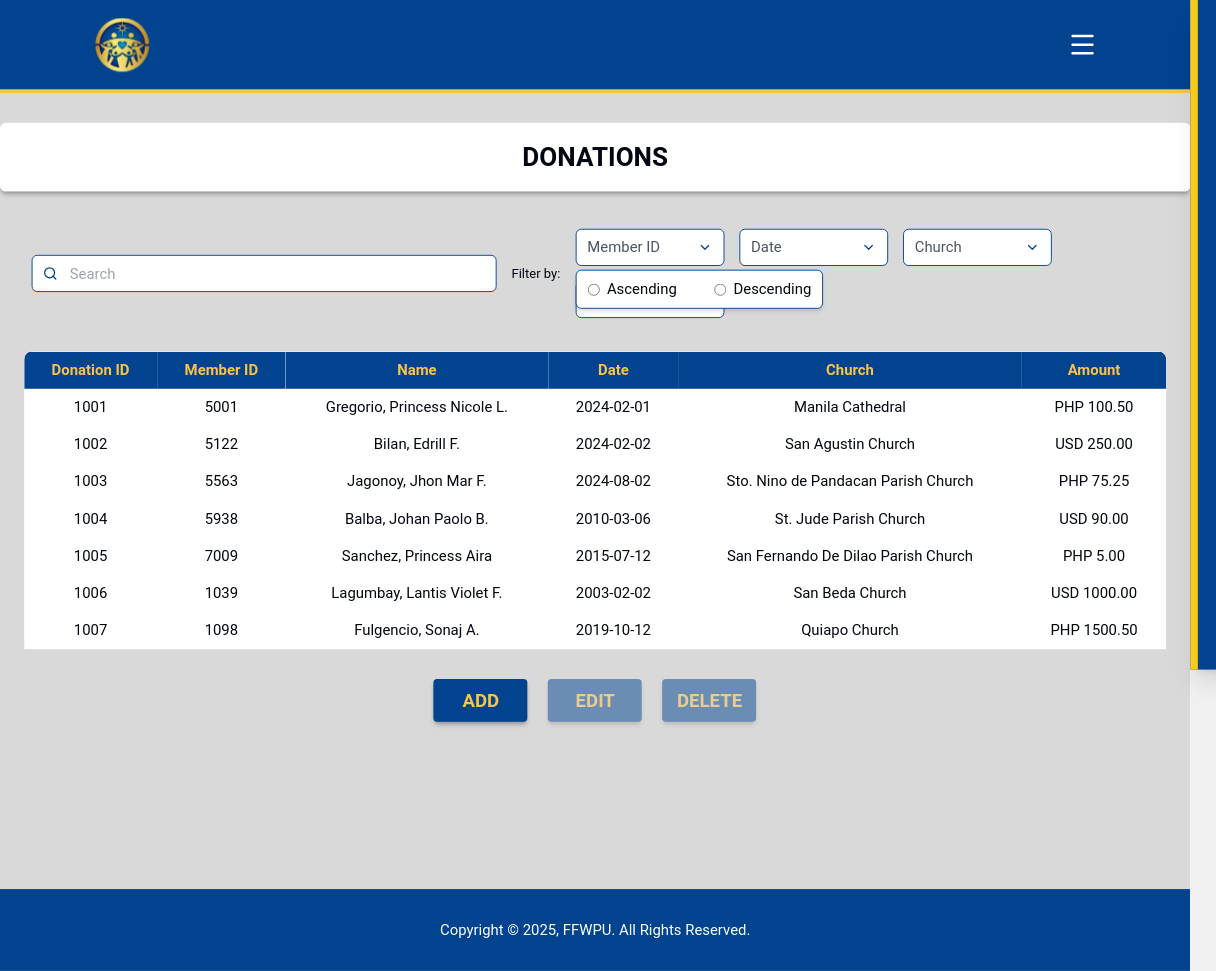
Repository: CoderTofu/FFWPU_System
Page: /donation, after clicking the first element matching `button.w-\[120px\]`
The author's editor kept a copy of each file at every save. The page is drawn from the files as they stood at one save, then again after the next save.
The browser window is 1280 px wide. The page is 1280 px wide, then 1307 px, then 1280 px, so the pictures cover 1307 px, including what lies to the right of the window. The pictures show the whole page, at 93% of full size.
The project was rebuilt for these pictures with package versions that can differ from the ones it lists, and the page was loaded fresh each time. The framework's server and built-in components were replaced by stand-ins that run in the browser. Also part of the build but not shown: next.config.ts, src/components/NavbarPublic.tsx, src/components/FooterPublic.tsx, src/lib/utils.ts, src/components/ui/dialog.tsx, src/components/ui/button.tsx, src/components/Modal.tsx.

Above is the page before, as saved 2025-03-07 07:47:59.

### src/app/layout.tsx
import type { Metadata } from "next";
import "./globals.css";
import Preloader from "../components/Preloader";
import LayoutWrapper from "@/components/LayoutWrapper";

export const metadata: Metadata = {
  title: "FFWPU-System",
  description: "Created to help the FFWPU organization",
};

export default function RootLayout({
  children,
}: Readonly<{ children: React.ReactNode }>) {
  return (
    <html lang="en">
      <link rel="icon" href="/icons/ffwpu_icon.svg" sizes="any" />
      <body className="antialiased min-h-screen flex flex-col bg-[#f1f1f1]">
        <Preloader />
        <LayoutWrapper>{children}</LayoutWrapper>
      </body>
    </html>
  );
}

### src/app/globals.css
@tailwind base;
@tailwind components;
@tailwind utilities;

@import url("https://fonts.googleapis.com/css2?family=Roboto:ital,wght@0,100..900;1,100..900&display=swap");

:root {
  --roboto-font: "Roboto", "arial";
}

* {
  font-family: var(--roboto-font);
}



@layer base {
  :root {
    --background: 0 0% 100%;
    --foreground: 224 71.4% 4.1%;
    --card: 0 0% 100%;
    --card-foreground: 224 71.4% 4.1%;
    --popover: 0 0% 100%;
    --popover-foreground: 224 71.4% 4.1%;
    --primary: 220.9 39.3% 11%;
    --primary-foreground: 210 20% 98%;
    --secondary: 220 14.3% 95.9%;
    --secondary-foreground: 220.9 39.3% 11%;
    --muted: 220 14.3% 95.9%;
    --muted-foreground: 220 8.9% 46.1%;
    --accent: 220 14.3% 95.9%;
    --accent-foreground: 220.9 39.3% 11%;
    --destructive: 0 84.2% 60.2%;
    --destructive-foreground: 210 20% 98%;
    --border: 220 13% 91%;
    --input: 220 13% 91%;
    --ring: 224 71.4% 4.1%;
    --chart-1: 12 76% 61%;
    --chart-2: 173 58% 39%;
    --chart-3: 197 37% 24%;
    --chart-4: 43 74% 66%;
    --chart-5: 27 87% 67%;
    --radius: 0.5rem;
  }
  .dark {
    --background: 224 71.4% 4.1%;
    --foreground: 210 20% 98%;
    --card: 224 71.4% 4.1%;
    --card-foreground: 210 20% 98%;
    --popover: 224 71.4% 4.1%;
    --popover-foreground: 210 20% 98%;
    --primary: 210 20% 98%;
    --primary-foreground: 220.9 39.3% 11%;
    --secondary: 215 27.9% 16.9%;
    --secondary-foreground: 210 20% 98%;
    --muted: 215 27.9% 16.9%;
    --muted-foreground: 217.9 10.6% 64.9%;
    --accent: 215 27.9% 16.9%;
    --accent-foreground: 210 20% 98%;
    --destructive: 0 62.8% 30.6%;
    --destructive-foreground: 210 20% 98%;
    --border: 215 27.9% 16.9%;
    --input: 215 27.9% 16.9%;
    --ring: 216 12.2% 83.9%;
    --chart-1: 220 70% 50%;
    --chart-2: 160 60% 45%;
    --chart-3: 30 80% 55%;
    --chart-4: 280 65% 60%;
    --chart-5: 340 75% 55%;
  }
}



@layer base {
  * {
    @apply border-border outline-ring/50;
  }
  body {
    @apply bg-background text-foreground;
  }
}

### src/components/Preloader.tsx
"use client";

import { useState, useEffect } from "react";

export default function Preloader() {
  const [loading, setLoading] = useState(true);

  useEffect(() => {
    const timer = setTimeout(() => {
      setLoading(false);
    }, 1000); // Adjust this time as needed

    return () => clearTimeout(timer);
  }, []);

  if (!loading) return null;

  return (
    <div className="fixed inset-0 z-50 flex items-center justify-center bg-white">
      <div className="h-16 w-16 animate-spin rounded-full border-4 border-solid border-primary border-t-transparent"></div>
    </div>
  );
}

### src/components/LayoutWrapper.tsx
"use client";

import { usePathname } from "next/navigation";
import NavbarPublic from "@/components/navbarPublic";
import NavbarPrivate from "@/components/navbarPrivate";
import FooterPublic from "@/components/footerPublic";
import FooterPrivate from "@/components/footerPrivate";

export default function LayoutWrapper({
  children,
}: {
  children: React.ReactNode;
}) {
  const pathname = usePathname();

  // Define private routes
  const isPublic =
    pathname.startsWith("/about") ||
    pathname.startsWith("/contact") ||
    pathname.startsWith("/login") ||
    pathname.endsWith("/"); // Home page

  return (
    <>
      {isPublic ? <NavbarPublic /> : <NavbarPrivate />}
      <main className="min-h-screen flex-grow">{children}</main>
      {isPublic ? <FooterPublic /> : <FooterPrivate />}
    </>
  );
}

### src/components/Table.tsx
"use client";  // Sabi ni chatgpt need ito hahaha

import React, { useState, useEffect, useRef } from "react";
import { useRouter } from "next/navigation";

interface TableProps {
  data: { [key: string]: any }[];
  columns: { [key in "lg" | "md" | "sm"]: string[] };
  rowDoubleClickPath?: string; // Path where the row should redirect
  onRowSelect?: (row: any | null) => void;
}

const Table: React.FC<TableProps> = ({ data, columns, rowDoubleClickPath, onRowSelect}) => {
  const [tableSize, setTableSize] = useState<"lg" | "md" | "sm">("lg");
  const [selectedRow, setSelectedRow] = useState<number | null>(null);
  const router = useRouter();
  const tableRef = useRef<HTMLDivElement>(null);

  // Automatically update table size based on screen width
  useEffect(() => {
    const updateTableSize = () => {
      const width = window.innerWidth;
      if (width >= 1024) setTableSize("lg");
      else if (width >= 768) setTableSize("md");
      else setTableSize("sm");
    };

    updateTableSize(); // Set initial size
    window.addEventListener("resize", updateTableSize);
    return () => window.removeEventListener("resize", updateTableSize);
  }, []);

  const visibleHeaders = columns[tableSize];

  {/*Handles Single Click Selection*/}
  const handleRowClick = (index: number, row: any) => {
    setSelectedRow(index);
    if (onRowSelect) {
      onRowSelect(row); // Send selected row to parent component
    }
  };

  {/*Handles Clicks Outside Rows to Deselect*/}
  useEffect(() => {
    const handleClickOutside = (event: MouseEvent) => {
      if (tableRef.current && !tableRef.current.contains(event.target as Node)) {
        setSelectedRow(null);
        if (onRowSelect) {
          onRowSelect(null); // Notify parent
        }
      }
    };

    document.addEventListener("click", handleClickOutside);
    return () => document.removeEventListener("click", handleClickOutside);
  }, []);

  {/*Handles Double Click Redirection*/}
  const handleRowDoubleClick = (row: any) => {
    if (rowDoubleClickPath) {
      router.push(`${rowDoubleClickPath}/${row.ID}`); // Redirect with ID in URL
    }
  };

  return (
    <div ref={tableRef} className="overflow-x-auto min-h-[300px] max-h-[450px] overflow-y-auto rounded-lg">
      <table className="min-w-full border-gray-300 bg-white rounded-lg">
        {/* Table Head */}
        <thead className="bg-gray-200 sticky top-0">
          <tr className="bg-[#01438F] text-[#FCC346] cursor-pointer">
            {visibleHeaders.map((header) => (
              <th key={header} className="px-4 py-2 text-center top-0">
                {header}
              </th>
            ))}
          </tr>
        </thead>

        {/* Table Body */}
        <tbody>
          {data.map((row, index) => (
            <tr key={index} className={`cursor-pointer transition
              ${selectedRow === index ? "bg-[#E7E6E6]" : "hover:bg-[#E7E6E6]"}`}
            onClick={() => handleRowClick(index, row)}
            onDoubleClick={() => handleRowDoubleClick(row)}>
              {visibleHeaders.map((header) => (
                <td key={header} className="px-4 py-2 text-center">
                  {row[header] ?? "-"}
                </td>
              ))}
            </tr>
          ))}
        </tbody>
      </table>
    </div>
  );
};

export default Table;

### src/components/DonationModals.tsx
// DonationModals.tsx
"use client";
import { useRef, useEffect, useState } from "react";
import { ChevronDown, Search } from "lucide-react";

interface DataItem {
  "Donation ID": number;
  "Member ID": number;
  Name: string;
  Date: string;
  Church: string;
  Amount: string;
}

interface FilterDropdownProps {
  handleSort: (key: keyof DataItem, order: "asc" | "desc" | "USD" | "PHP" | "ALL") => void;
  selectedCurrency: string | null;
  setSelectedCurrency: (currency: string | null) => void;
  openSortDropdown: string | null;
  openCurrencyDropdown: boolean;
  toggleSortDropdown: (dropdown: string | null) => void;
  setOpenCurrencyDropdown: (open: boolean) => void;
}

export default function DonationModals({
  handleSort,
  selectedCurrency,
  setSelectedCurrency,
  openSortDropdown,
  openCurrencyDropdown,
  toggleSortDropdown,
  setOpenCurrencyDropdown,
}: FilterDropdownProps) {
  const dropdownRef = useRef<HTMLDivElement>(null);
  const [selectedFilters, setSelectedFilters] = useState<{ [key: string]: string }>({});

  useEffect(() => {
    const handleClickOutside = (event: MouseEvent) => {
      if (dropdownRef.current && !dropdownRef.current.contains(event.target as Node)) {
        toggleSortDropdown(null);
        setOpenCurrencyDropdown(false);
      }
    };
    document.addEventListener("mousedown", handleClickOutside);
    return () => document.removeEventListener("mousedown", handleClickOutside);
  }, [toggleSortDropdown, setOpenCurrencyDropdown]);

  const filterKeyMap: { [key: string]: keyof DataItem } = {
    "Member ID": "Member ID",
    Date: "Date",
    Church: "Church",
    Amount: "Amount",
  };

  return (
    <div className="flex items-center gap-4 w-full sm:flex-nowrap">
      <div className="relative flex-shrink-0 flex-grow min-w-[250px] sm:w-[300px] md:w-[350px] lg:w-[500px]">
        <Search className="absolute left-3 top-1/2 transform -translate-y-1/2 w-4 h-4 text-[#01438F]" />
        <input
          className="w-full h-10 pl-10 border border-[#01438F] rounded-md outline-none"
          type="text"
          placeholder="Search"
        />
      </div>

      <span className="text-[14px] flex-none">Filter by:</span>

      <div ref={dropdownRef} className="flex flex-wrap items-center gap-4 w-full sm:w-auto">
        {["Member ID", "Date", "Church"].map((filter) => (
          <div key={filter} className="relative">
            <button
              onClick={() => toggleSortDropdown(openSortDropdown === filter ? null : filter)}
              className="w-[120px] md:w-[140px] lg:w-[160px] h-10 border border-[#01438F] rounded-md px-3 outline-none bg-white text-gray-600 flex justify-between items-center"
            >
              {filter}
              <ChevronDown className="w-4 h-4 text-[#01438F]" />
            </button>

            {openSortDropdown === filter && (
              <div className="flex flex-wrap sm:flex-nowrap items-center gap-4 sm:w-auto absolute mt-1 w-full bg-white border border-[#01438F] rounded-md shadow-md z-10">
                <label className="flex items-center px-3 py-2 hover:bg-gray-200 hover:rounded-sm">
                  <input
                    type="radio"
                    name={filter}
                    className="mr-2"
                    checked={selectedFilters[filter] === "Ascending"}
                    onChange={() => {
                      setSelectedFilters({ ...selectedFilters, [filter]: "Ascending" });
                      handleSort(filterKeyMap[filter], "asc");
                      toggleSortDropdown(null);
                    }}
                  />
                  Ascending
                </label>
                <label className="flex items-center px-3 py-2 hover:bg-gray-200 hover:rounded-sm">
                  <input
                    type="radio"
                    name={filter}
                    className="mr-2"
                    checked={selectedFilters[filter] === "Descending"}
                    onChange={() => {
                      setSelectedFilters({ ...selectedFilters, [filter]: "Descending" });
                      handleSort(filterKeyMap[filter], "desc");
                      toggleSortDropdown(null);
                    }}
                  />
                  Descending
                </label>
              </div>
            )}
          </div>
        ))}

        <div className="relative">
          <button
            onClick={() => setOpenCurrencyDropdown(!openCurrencyDropdown)}
            className="w-[120px] md:w-[140px] lg:w-[160px] h-10 border border-[#01438F] rounded-md px-3 outline-none bg-white text-gray-600 flex justify-between items-center"
          >
            Amount
            <ChevronDown className="w-4 h-4 text-[#01438F]" />
          </button>

          {openCurrencyDropdown && (
            <div className="absolute mt-1 w-full bg-white border border-[#01438F] rounded-md shadow-md z-10">
              <label className="flex items-center px-3 py-2 hover:bg-gray-200 hover:rounded-sm">
                <input
                  type="radio"
                  name="currency"
                  className="mr-2"
                  checked={selectedCurrency === null}
                  onChange={() => {
                    setSelectedCurrency(null);
                    handleSort("Amount", "ALL");
                    setOpenCurrencyDropdown(false);
                  }}
                />
                ALL
              </label>

              <label className="flex items-center px-3 py-2 hover:bg-gray-200 hover:rounded-sm">
                <input
                  type="radio"
                  name="currency"
                  className="mr-2"
                  checked={selectedCurrency === "USD"}
                  onChange={() => {
                    setSelectedCurrency("USD");
                    handleSort("Amount", "USD");
                    setOpenCurrencyDropdown(false);
                  }}
                />
                USD
              </label>

              <label className="flex items-center px-3 py-2 hover:bg-gray-200 hover:rounded-sm">
                <input
                  type="radio"
                  name="currency"
                  className="mr-2"
                  checked={selectedCurrency === "PHP"}
                  onChange={() => {
                    setSelectedCurrency("PHP");
                    handleSort("Amount", "PHP");
                    setOpenCurrencyDropdown(false);
                  }}
                />
                PHP
              </label>
            </div>
          )}
        </div>
      </div>
    </div>
  );
}

### src/components/FooterPrivate.tsx
export default function FooterPrivate() {
  return (
    <div className="bg-[#01438F] text-white p-8 text-center">
      Copyright © 2025, FFWPU. All Rights Reserved.
    </div>
  );
}

### tailwind.config.ts
import type { Config } from "tailwindcss";

export default {
    darkMode: ["class"],
    content: [
    "./src/pages/**/*.{js,ts,jsx,tsx,mdx}",
    "./src/components/**/*.{js,ts,jsx,tsx,mdx}",
    "./src/app/**/*.{js,ts,jsx,tsx,mdx}",
    "./src/components/*.{js,ts,jsx,tsx,mdx}",
  ],
  theme: {
  	extend: {
  		borderRadius: {
  			lg: 'var(--radius)',
  			md: 'calc(var(--radius) - 2px)',
  			sm: 'calc(var(--radius) - 4px)'
  		},
  		colors: {
  			background: 'hsl(var(--background))',
  			foreground: 'hsl(var(--foreground))',
  			card: {
  				DEFAULT: 'hsl(var(--card))',
  				foreground: 'hsl(var(--card-foreground))'
  			},
  			popover: {
  				DEFAULT: 'hsl(var(--popover))',
  				foreground: 'hsl(var(--popover-foreground))'
  			},
  			primary: {
  				DEFAULT: 'hsl(var(--primary))',
  				foreground: 'hsl(var(--primary-foreground))'
  			},
  			secondary: {
  				DEFAULT: 'hsl(var(--secondary))',
  				foreground: 'hsl(var(--secondary-foreground))'
  			},
  			muted: {
  				DEFAULT: 'hsl(var(--muted))',
  				foreground: 'hsl(var(--muted-foreground))'
  			},
  			accent: {
  				DEFAULT: 'hsl(var(--accent))',
  				foreground: 'hsl(var(--accent-foreground))'
  			},
  			destructive: {
  				DEFAULT: 'hsl(var(--destructive))',
  				foreground: 'hsl(var(--destructive-foreground))'
  			},
  			border: 'hsl(var(--border))',
  			input: 'hsl(var(--input))',
  			ring: 'hsl(var(--ring))',
  			chart: {
  				'1': 'hsl(var(--chart-1))',
  				'2': 'hsl(var(--chart-2))',
  				'3': 'hsl(var(--chart-3))',
  				'4': 'hsl(var(--chart-4))',
  				'5': 'hsl(var(--chart-5))'
  			}
  		}
  	}
  },
  plugins: [require("tailwindcss-animate")],
} satisfies Config;

Loaded but not shown: src/app/(private)/donation/page.tsx (178 lines, source omitted); src/components/NavbarPrivate.tsx (104 lines, source omitted)

After the next save:
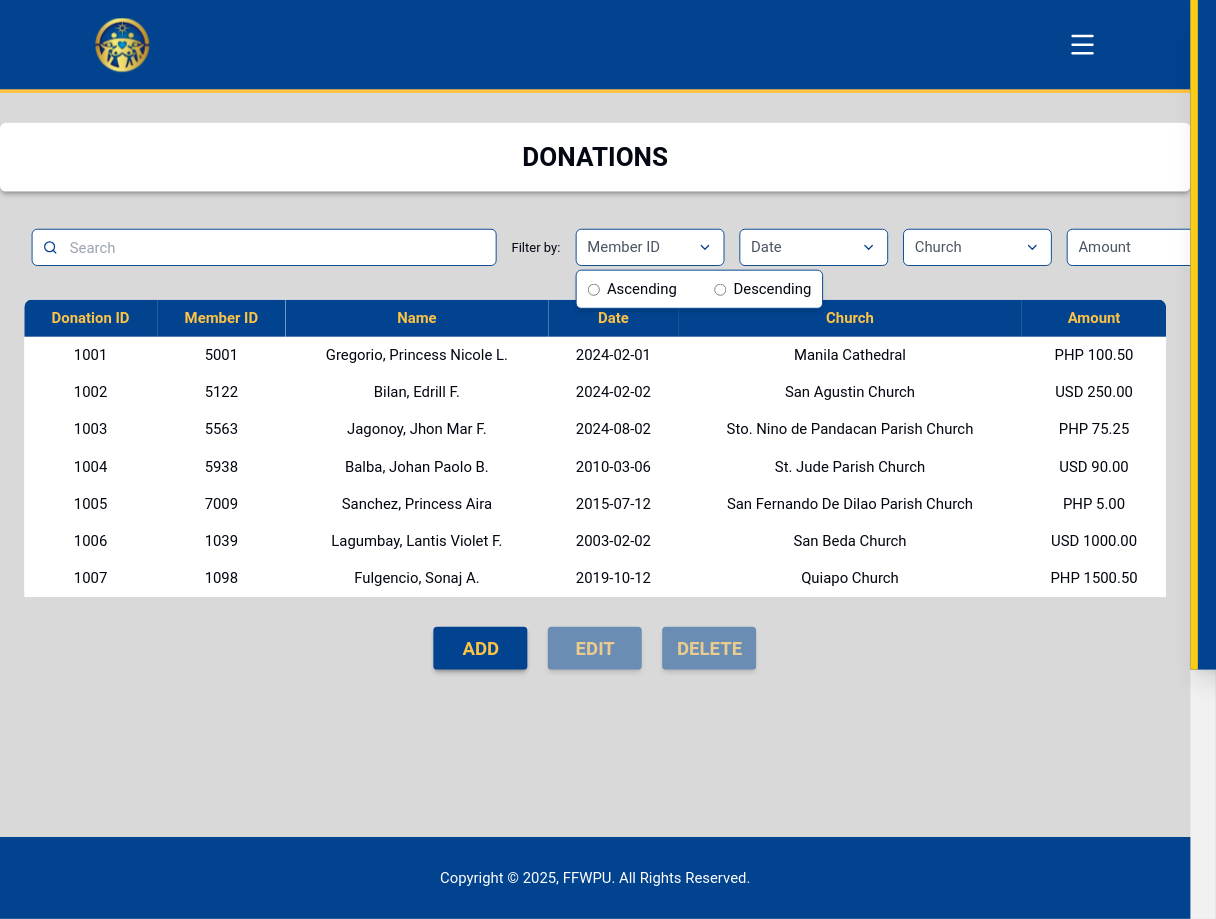
Saved 10 s later.
--- a/src/components/DonationModals.tsx
+++ b/src/components/DonationModals.tsx
@@ -65,7 +65,7 @@
 
       <span className="text-[14px] flex-none">Filter by:</span>
 
-      <div ref={dropdownRef} className="flex flex-wrap items-center gap-4 w-full sm:w-auto">
+      <div ref={dropdownRef} className="flex flex-wrap sm:flex-nowrap items-center gap-4 w-full sm:w-auto">
         {["Member ID", "Date", "Church"].map((filter) => (
           <div key={filter} className="relative">
             <button

After the save that followed:
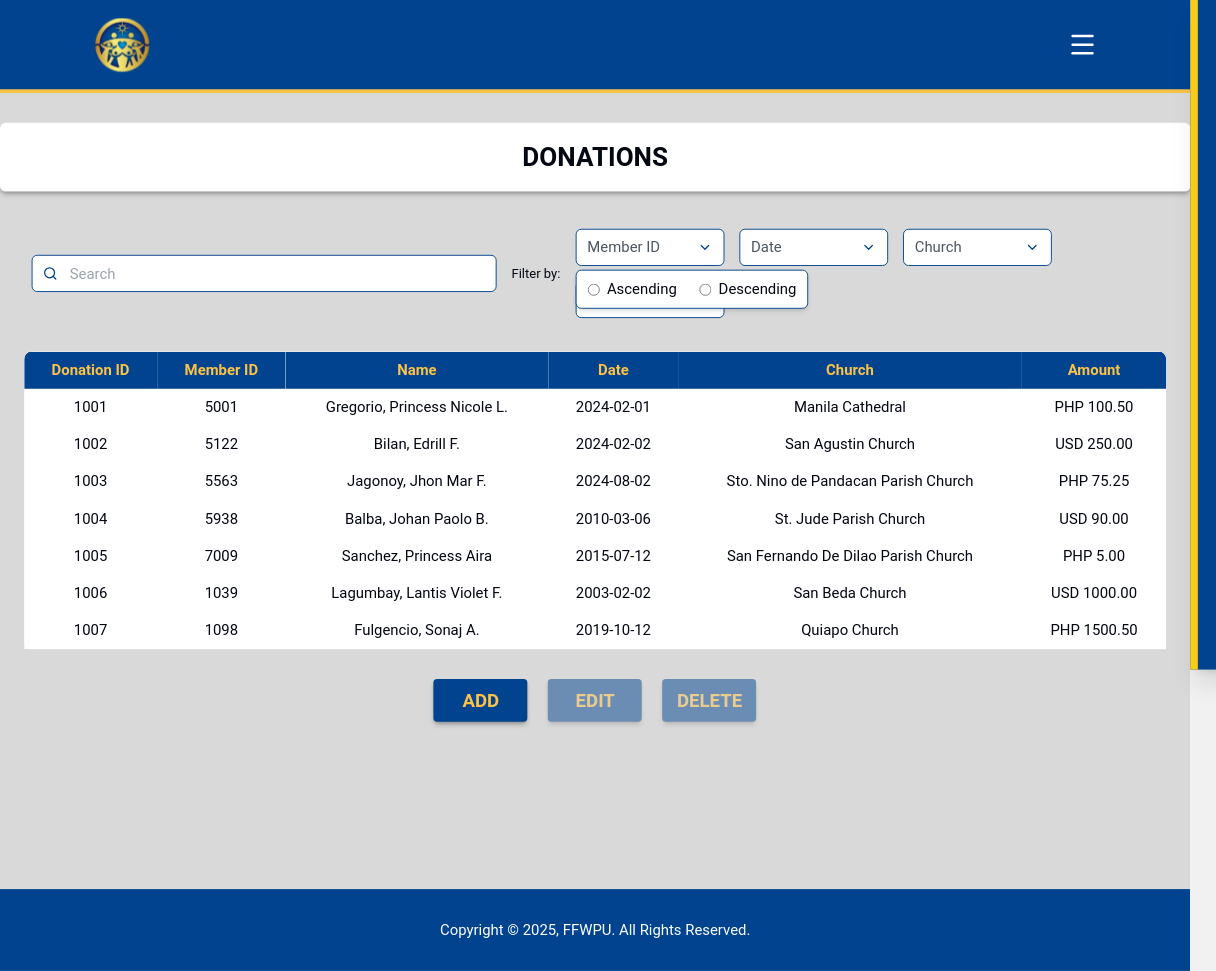
Saved 61 s later.
--- a/src/components/DonationModals.tsx
+++ b/src/components/DonationModals.tsx
@@ -65,7 +65,7 @@
 
       <span className="text-[14px] flex-none">Filter by:</span>
 
-      <div ref={dropdownRef} className="flex flex-wrap sm:flex-nowrap items-center gap-4 w-full sm:w-auto">
+      <div ref={dropdownRef} className="flex flex-wrap items-center gap-4 w-full sm:w-auto">
         {["Member ID", "Date", "Church"].map((filter) => (
           <div key={filter} className="relative">
             <button
@@ -77,7 +77,7 @@
             </button>
 
             {openSortDropdown === filter && (
-              <div className="flex flex-wrap sm:flex-nowrap items-center gap-4 sm:w-auto absolute mt-1 w-full bg-white border border-[#01438F] rounded-md shadow-md z-10">
+              <div className="flex items-center justify-start w-full sm:w-auto absolute mt-1 bg-white border border-[#01438F] rounded-md shadow-md z-10">
                 <label className="flex items-center px-3 py-2 hover:bg-gray-200 hover:rounded-sm">
                   <input
                     type="radio"
